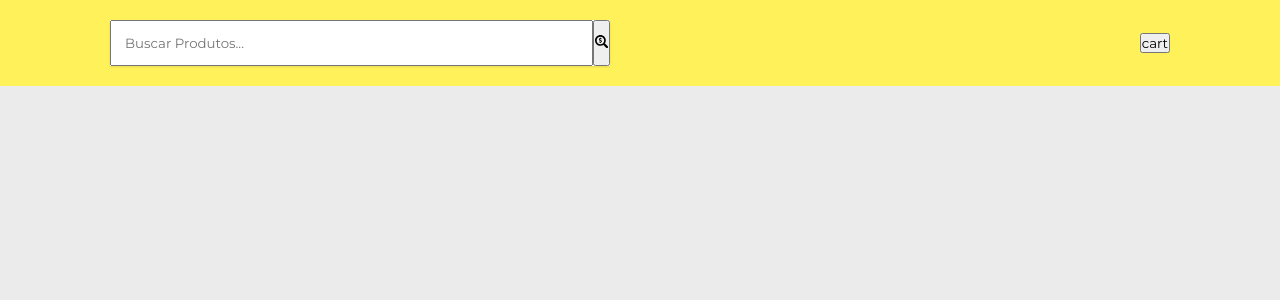
Repository: Gab23Oli/Projeto-de-Conclus-o---Shopping-Cart
Page: /
These files come from the project's save history. The page is drawn as it stood at one moment and after the next save; the edit follows.
The browser window is 1280 px wide. The pictures show the whole page.
The project was rebuilt for these pictures with package versions that can differ from the ones it lists, and the page was loaded fresh each time.

Above is the page before, as saved 2024-01-25 13:11:52.

After the next save:
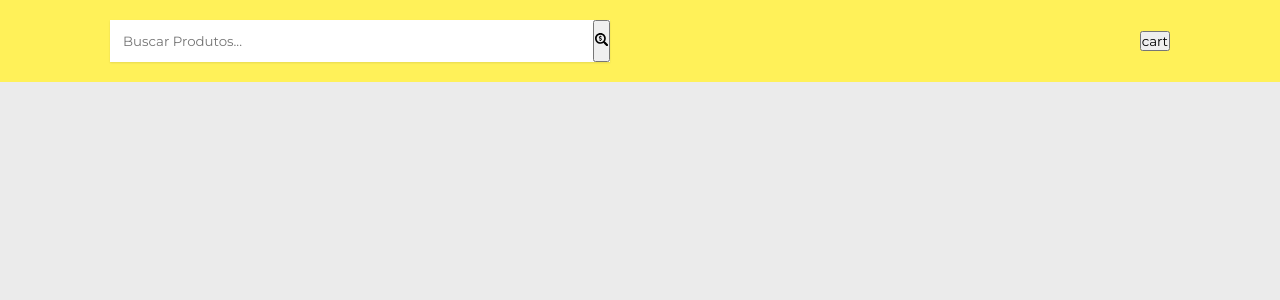
Saved 37 s later.
--- a/src/components/Header/SearchBar/SearchBar.css
+++ b/src/components/Header/SearchBar/SearchBar.css
@@ -10,5 +10,7 @@
 .search__input {
   padding: 13px;
   flex-grow: 1;
-
+  border:none;
+  outline: none;
+  font-size: ;
 }
